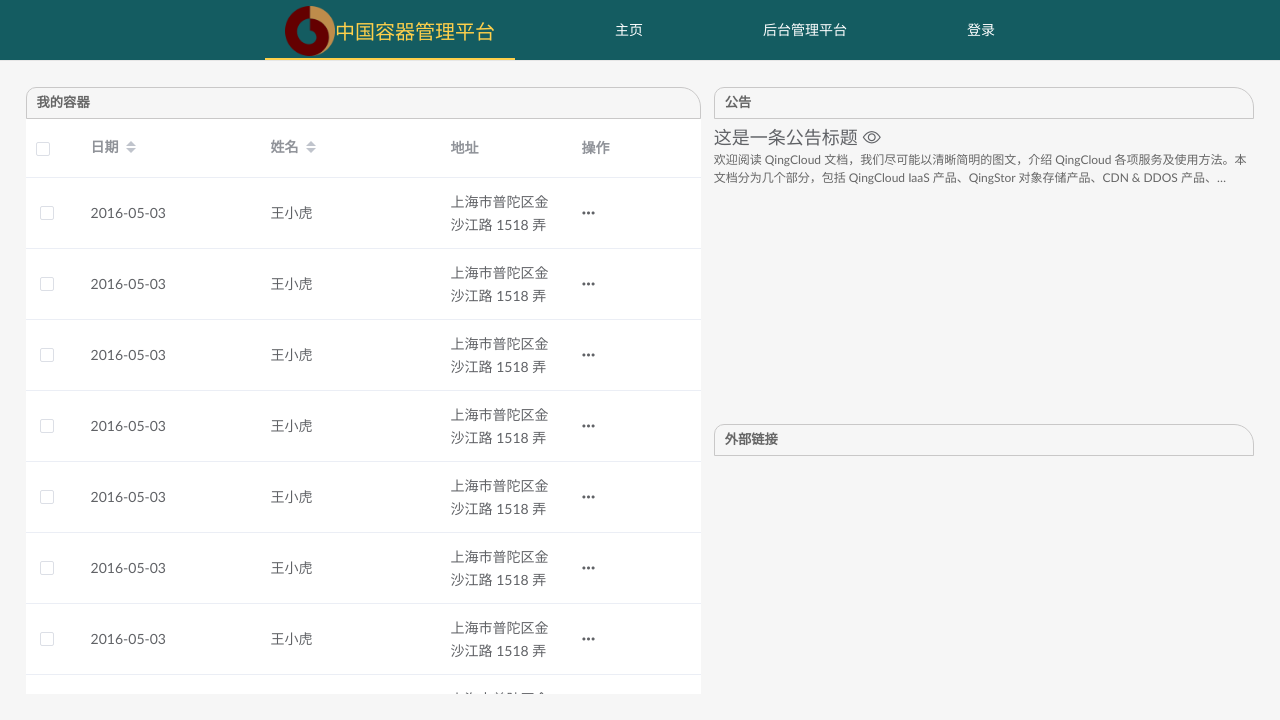
Repository: lei123zhou/zhongjin
Page: /main/home
An editor plug-in stored every save of this project. The page is shown before and after a run of saves, followed by the edit.
The browser window is 1280 px wide. The pictures show the whole page.
An inner scrolling area shows only its first screen. The project was rebuilt for these pictures with package versions that can differ from the ones it lists, and the page was loaded fresh each time. Also part of the build but not shown: vue.config.js.

Above is the page before, as saved 2022-08-29 20:37:20.

### src/main.js
import Vue from "vue";
import App from "./App.vue";

Vue.config.productionTip = false;
import "./plugins/element";

import "./main.less";
import router from "./route/index.js";
import store from "./store/index.js";
new Vue({
  router,
  store,
  render: (h) => h(App),
}).$mount("#app");

### src/App.vue
<template>
  <div id="app">
    <router-view></router-view>
  </div>
</template>

<script>
export default {
};
</script>

<style>
#app{
  height: 100%;
  overflow: hidden;

}
</style>>

### src/plugins/element.js
import Vue from "vue";
import {
  Button,
  Form,
  Input,
  Icon,
  FormItem,
  Loading,
  Card,
  Menu,
  MenuItem,
  Submenu,
  Table,
  TableColumn,
  Dropdown,
  DropdownMenu,
  DropdownItem,
  Tooltip,
  Popover,
  Pagination,
  Link,
  Dialog,
} from "element-ui";
import "element-ui/lib/theme-chalk/index.css";
Vue.use(Button);
Vue.use(Form);
Vue.use(Input);
Vue.use(Icon);
Vue.use(FormItem);
Vue.use(Card);
Vue.use(Menu);
Vue.use(MenuItem);
Vue.use(Submenu);
Vue.use(Table);
Vue.use(TableColumn);
Vue.use(Dropdown);
Vue.use(DropdownMenu);
Vue.use(DropdownItem);
Vue.use(Tooltip);
Vue.use(Popover);
Vue.use(Pagination);
Vue.use(Link);
Vue.use(Dialog);
Vue.use(Loading);

### src/main.less
@media (min-width:0px){
    html{font-size:12px;}
}
@media (min-width: 320px){
    html{font-size:12px;}
}
@media (min-width: 340px){
    html{font-size:13px;}
}
@media (min-width: 360px){
    html{font-size:14px;}
}
@media (min-width: 380px){
    html{font-size:15px;}
}
@media (min-width: 400px){
    html{font-size:15px;}
}
@media (min-width: 420px){
    html{font-size:16px;}
}
*{
    margin: 0;
    padding: 0;
}
ul,ol,li,dl{
    list-style-type: none;
}
a{
    text-decoration: none;
}
html,body{
    height: 100%;

    overflow: hidden;

}
body{
    font-family: 'Trebuchet MS', 'Lucida Sans Unicode', 'Lucida Grande', 'Lucida Sans', Arial, sans-serif;
    color: #666;
    line-height: 1.5;
}
.bottom-border,
.top-border {
  position: relative;
}

.bottom-border::after,
.top-border::before {
  content: '';
  position: absolute;
  left: 0;
  right: 0;
  height: 1px;
  background-color:#d43c33;
  transform: scaleY(0.5);
}

.top-border::before {
  top: 0;
}

.bottom-border::after {
  bottom: 0;
}

### src/route/index.js
import Vue from "vue";
import VueRouter from "vue-router";
Vue.use(VueRouter);
const originPush = VueRouter.prototype.push;
VueRouter.prototype.push = function push(location) {
  return originPush.call(this, location).catch((err) => err);
};
const routes = [
  { path: "/", redirect: "/login" },
  { path: "/login", name: 'login', component: () => import('../pages/login/LoginPage.vue') },
  {
    path: "/main", name: 'main', component: () => import('../pages/main/MainPage.vue'), children: [
      { path: "", redirect: "/main/home" },
      {
        path: "home",
        name: "home",
        component: () => import("../pages/home/HomePage.vue"),
      },
    ]
  }
];
const router = new VueRouter({
  routes,
  mode: 'history'
})
export default router;

### src/store/index.js
import Vue from 'vue';
import Vuex from 'vuex';
Vue.use(Vuex);
export default new Vuex.Store({
    state:{},
    getters:{},
    mutations:{}
})

### src/pages/main/MainPage.vue
<template>
  <div class="main">
    <div class="heard">
      <el-menu
        :default-active="activeIndex2"
        class="el-menu-demo"
        mode="horizontal"
        @select="handleSelect"
        background-color="#145c61"
        text-color="#fff"
        active-text-color="#ffd04b"
      >
        <el-menu-item index="1">
          <template slot="title">
            <img src="../../assets/u2.png" alt="" id="logo" />
            <span class="login-title">中国容器管理平台</span>
          </template></el-menu-item
        >
        <el-menu-item index="2">主页</el-menu-item>
        <el-menu-item index="3" @click="toManagement"
          >后台管理平台</el-menu-item
        >
        <el-menu-item index="null">登录</el-menu-item>
      </el-menu>
    </div>
    <router-view></router-view>
  </div>
</template>

<script>
export default {
  data() {
    return {
      activeIndex: "1",
      activeIndex2: "1",
    };
  },
  methods: {
    handleSelect(key, keyPath) {
      console.log(key, keyPath);
    },
    toManagement() {
      this.$router.push("/management");
    },
  },
};
</script>
<style lang="less" scoped>
.main {
  display: flex;
  flex-direction: column;
  justify-content: start;
  background-color: #f6f6f6;
  height: 100%;
  .heard {
    width: 100%;
    background-color: "#145c61";
  }
}
.login-title {
  font-size: 20px;
  line-height: 61px;
}
.clearfix {
  display: flex;
  align-content: center;
  justify-content: space-around;
}
#logo {
  width: 50px;
}
/deep/.el-menu.el-menu--horizontal {
  display: flex;
  justify-content: center;
  li {
    margin: 0 40px;
    padding: 0 20px;
  }
}
</style>

### src/pages/home/HomePage.vue
<template>
  <div class="home">
    <div class="left">
      <h5 class="title">我的容器</h5>
      <el-table
        ref="multipleTable"
        :data="tableData"
        tooltip-effect="dark"
        style="width: 100%"
        @selection-change="handleSelectionChange"
      >
        <el-table-column type="selection" width="55"> </el-table-column>
        <el-table-column prop="date" label="日期" sortable width="180">
        </el-table-column>
        <el-table-column prop="name" label="姓名" sortable width="180">
        </el-table-column>
        <el-table-column prop="address" label="地址" :formatter="formatter">
        </el-table-column>
        <el-table-column label="操作">
          <el-popover placement="right" width="40" trigger="hover">
            <template slot-scope="scope">
              <el-button
                size="mini"
                @click="handleEdit(scope.$index, scope.row)"
                >编辑</el-button
              >
              <el-button
                size="mini"
                type="danger"
                @click="handleDelete(scope.$index, scope.row)"
                >删除</el-button
              >
            </template>
            <i slot="reference" class="el-icon-more"></i>
          </el-popover>
        </el-table-column>
      </el-table>
      <el-pagination background layout="prev, pager, next" :total="1000">
      </el-pagination>
      <div style="margin-top: 20px" v-if="allDel">
        <el-button @click="toggleSelection([tableData[1], tableData[2]])"
          >全部删除</el-button
        >
        <el-button @click="toggleSelection()">取消选择</el-button>
      </div>
    </div>
    <div class="right">
      <div class="right-top">
        <h5 class="title">公告</h5>
        <div class="contaion">
          <div>
            <el-link @click="showDetail"
              >这是一条公告标题<i class="el-icon-view el-icon--right"></i>
            </el-link>
            <span
              >欢迎阅读 QingCloud 文档，我们尽可能以清晰简明的图文，介绍
              QingCloud 各项服务及使用方法。本文档分为几个部分，包括 QingCloud
              IaaS 产品、QingStor 对象存储产品、CDN & DDOS 产品、QingCloud
              AppCenter
              产品等。每类产品的文档包含产品介绍、使用说明、开发者接口文档、FAQ
              等。 如果使用过程中遇到困惑或问题，建议先按产品类型查看下常见问题
              FAQ， 我们会不断收集整理用户提出的问题，并编入 FAQ 。
              对于想更高效地使用 QingCloud，或想通过 QingCloud
              做进一步开发的技术人员，可以参阅 QingCloud 的 API 文档。
              我们开放了资源相关的所有 API，就是希望开发者能够基于 QingCloud
              创造更丰富的上层服务。
              根据中国大陆工信部的规定，所有在大陆境内运行的网站必须进行 ICP
              备案。 详细备案文档请前往 青云备案管理系统 查看。</span
            >
            <diglog ref="show" :announcement="announcement"></diglog>
          </div>
        </div>
      </div>
      <div class="right-down"><h5 class="title">外部链接</h5></div>
    </div>
  </div>
</template>

<script>
import diglog from "./compontents/DiglogCom.vue";
export default {
  components: {
    diglog,
  },
  data() {
    return {
      allDel: false,
      dialogVisible: false,
      announcement: "",
      tableData: [
        {
          date: "2016-05-03",
          name: "王小虎",
          address: "上海市普陀区金沙江路 1518 弄",
        },
        {
          date: "2016-05-03",
          name: "王小虎",
          address: "上海市普陀区金沙江路 1518 弄",
        },
        {
          date: "2016-05-03",
          name: "王小虎",
          address: "上海市普陀区金沙江路 1518 弄",
        },
        {
          date: "2016-05-03",
          name: "王小虎",
          address: "上海市普陀区金沙江路 1518 弄",
        },
        {
          date: "2016-05-03",
          name: "王小虎",
          address: "上海市普陀区金沙江路 1518 弄",
        },
        {
          date: "2016-05-03",
          name: "王小虎",
          address: "上海市普陀区金沙江路 1518 弄",
        },
        {
          date: "2016-05-03",
          name: "王小虎",
          address: "上海市普陀区金沙江路 1518 弄",
        },
        {
          date: "2016-05-03",
          name: "王小虎",
          address: "上海市普陀区金沙江路 1518 弄",
        },
        {
          date: "2016-05-03",
          name: "王小虎",
          address: "上海市普陀区金沙江路 1518 弄",
        },
        {
          date: "2016-05-02",
          name: "王小虎",
          address: "上海市普陀区金沙江路 1518 弄",
        },
        {
          date: "2016-05-04",
          name: "王小虎",
          address: "上海市普陀区金沙江路 1518 弄",
        },
        {
          date: "2016-05-01",
          name: "王小虎",
          address: "上海市普陀区金沙江路 1518 弄",
        },
      ],
      multipleSelection: [],
    };
  },

  methods: {
    toggleSelection(rows) {
      if (rows) {
        rows.forEach((row) => {
          this.$refs.multipleTable.toggleRowSelection(row);
        });
      } else {
        this.$refs.multipleTable.clearSelection();
      }
    },
    handleSelectionChange(val) {
      this.multipleSelection = val;
      this.allDel = !this.allDel;
    },
    // 编辑删除
    handleEdit(index, row) {
      console.log(index, row);
    },
    handleDelete(index, row) {
      console.log(index, row);
    },

    formatter(row) {
      return row.address;
    },
    showDetail() {
      this.$refs.show.showDig();
    },
  },
};
</script>

<style lang="less" scoped>
.home {
  display: flex;
  margin: 2vw;
  height: 100%;
  overflow-x: hidden;
  overflow-y: auto;
  h5 {
    padding: 5px 10px;
    border: 1px solid rgb(201, 200, 200);
    border-top-right-radius: 20px;
    border-top-left-radius: 10px;
  }
}
.left {
  width: 55%;
  margin-right: 1%;
  .el-pagination {
    margin-top: 20px;
    display: flex;
    justify-content: flex-end;
  }
}
.right {
  flex: 1;
  display: flex;
  flex-direction: column;
  .right-top {
    display: flex;
    flex-direction: column;
    margin-bottom: 1%;
  }
}
.contaion {
  height: 300px;
  div {
    margin: 5px 0px;
  }
  span {
    display: block;
    width: 100%;
    text-overflow: -o-ellipsis-lastline;
    overflow: hidden;
    text-overflow: ellipsis;
    display: -webkit-box;
    -webkit-line-clamp: 2;
    -webkit-box-orient: vertical;
    font-size: 12px;
  }
  .el-link {
    font-size: 18px;
  }
}
</style>

### src/pages/home/compontents/DiglogCom.vue
<template>
  <div>
    <el-dialog
      title="提示"
      :visible.sync="dialogVisible"
      width="30%"
      :before-close="handleClose"
    >
      <span>这是一段信息</span>
      <span slot="footer" class="dialog-footer">
        <el-button type="primary" @click="dialogVisible = false"
          >已阅读</el-button
        >
      </span>
    </el-dialog>
  </div>
</template>

<script>
export default {
  props: ["announcement"],
  data() {
    return {
      dialogVisible: false,
    };
  },
  methods: {
    handleClose(done) {
      this.$confirm("确认关闭？").then(() => {
        done();
      });
    },
    showDig() {
      this.dialogVisible = true;
    },
  },
};
</script>

<style></style>

Loaded but not shown: public/index.html (common file)

After the next 2 saves:
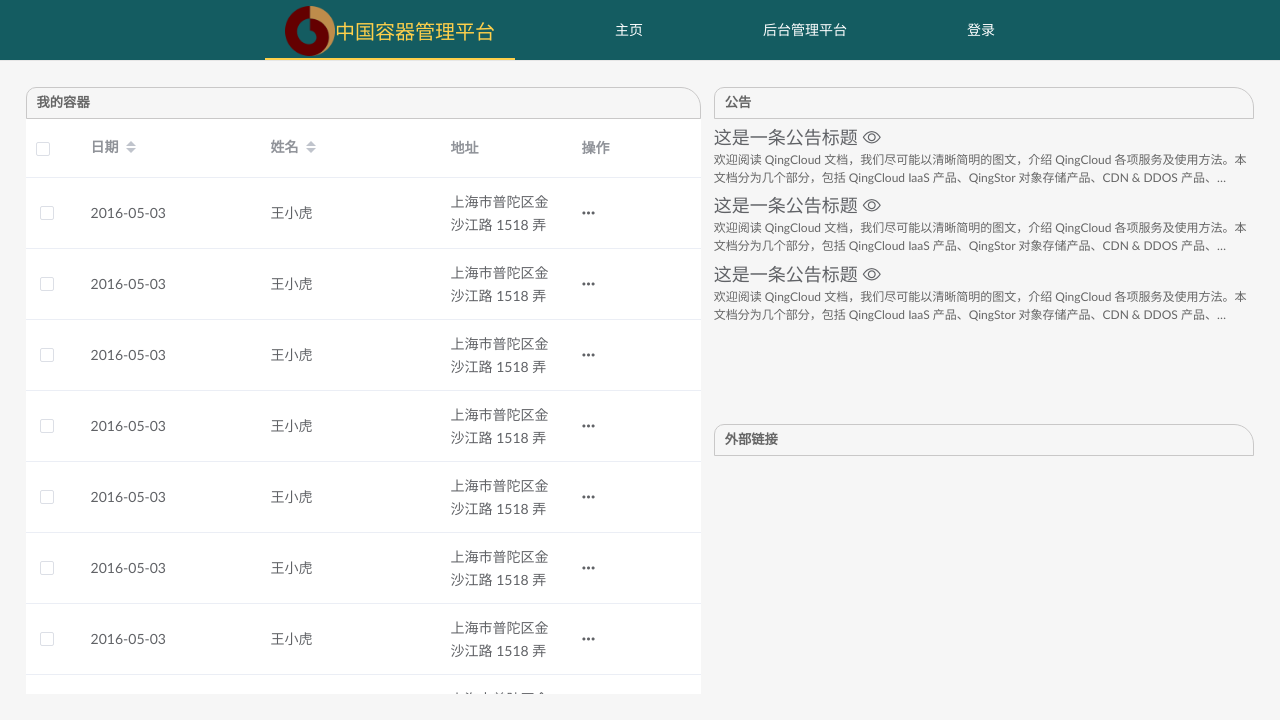
The 2 saves are shown as one change because they came seconds apart.
The last was saved 24 s later.
--- a/src/pages/home/HomePage.vue
+++ b/src/pages/home/HomePage.vue
@@ -69,6 +69,48 @@
             >
             <diglog ref="show" :announcement="announcement"></diglog>
           </div>
+          <div>
+            <el-link @click="showDetail"
+              >这是一条公告标题<i class="el-icon-view el-icon--right"></i>
+            </el-link>
+            <span
+              >欢迎阅读 QingCloud 文档，我们尽可能以清晰简明的图文，介绍
+              QingCloud 各项服务及使用方法。本文档分为几个部分，包括 QingCloud
+              IaaS 产品、QingStor 对象存储产品、CDN & DDOS 产品、QingCloud
+              AppCenter
+              产品等。每类产品的文档包含产品介绍、使用说明、开发者接口文档、FAQ
+              等。 如果使用过程中遇到困惑或问题，建议先按产品类型查看下常见问题
+              FAQ， 我们会不断收集整理用户提出的问题，并编入 FAQ 。
+              对于想更高效地使用 QingCloud，或想通过 QingCloud
+              做进一步开发的技术人员，可以参阅 QingCloud 的 API 文档。
+              我们开放了资源相关的所有 API，就是希望开发者能够基于 QingCloud
+              创造更丰富的上层服务。
+              根据中国大陆工信部的规定，所有在大陆境内运行的网站必须进行 ICP
+              备案。 详细备案文档请前往 青云备案管理系统 查看。</span
+            >
+            <diglog ref="show" :announcement="announcement"></diglog>
+          </div>
+          <div>
+            <el-link @click="showDetail"
+              >这是一条公告标题<i class="el-icon-view el-icon--right"></i>
+            </el-link>
+            <span
+              >欢迎阅读 QingCloud 文档，我们尽可能以清晰简明的图文，介绍
+              QingCloud 各项服务及使用方法。本文档分为几个部分，包括 QingCloud
+              IaaS 产品、QingStor 对象存储产品、CDN & DDOS 产品、QingCloud
+              AppCenter
+              产品等。每类产品的文档包含产品介绍、使用说明、开发者接口文档、FAQ
+              等。 如果使用过程中遇到困惑或问题，建议先按产品类型查看下常见问题
+              FAQ， 我们会不断收集整理用户提出的问题，并编入 FAQ 。
+              对于想更高效地使用 QingCloud，或想通过 QingCloud
+              做进一步开发的技术人员，可以参阅 QingCloud 的 API 文档。
+              我们开放了资源相关的所有 API，就是希望开发者能够基于 QingCloud
+              创造更丰富的上层服务。
+              根据中国大陆工信部的规定，所有在大陆境内运行的网站必须进行 ICP
+              备案。 详细备案文档请前往 青云备案管理系统 查看。</span
+            >
+            <diglog ref="show" :announcement="announcement"></diglog>
+          </div>
         </div>
       </div>
       <div class="right-down"><h5 class="title">外部链接</h5></div>
